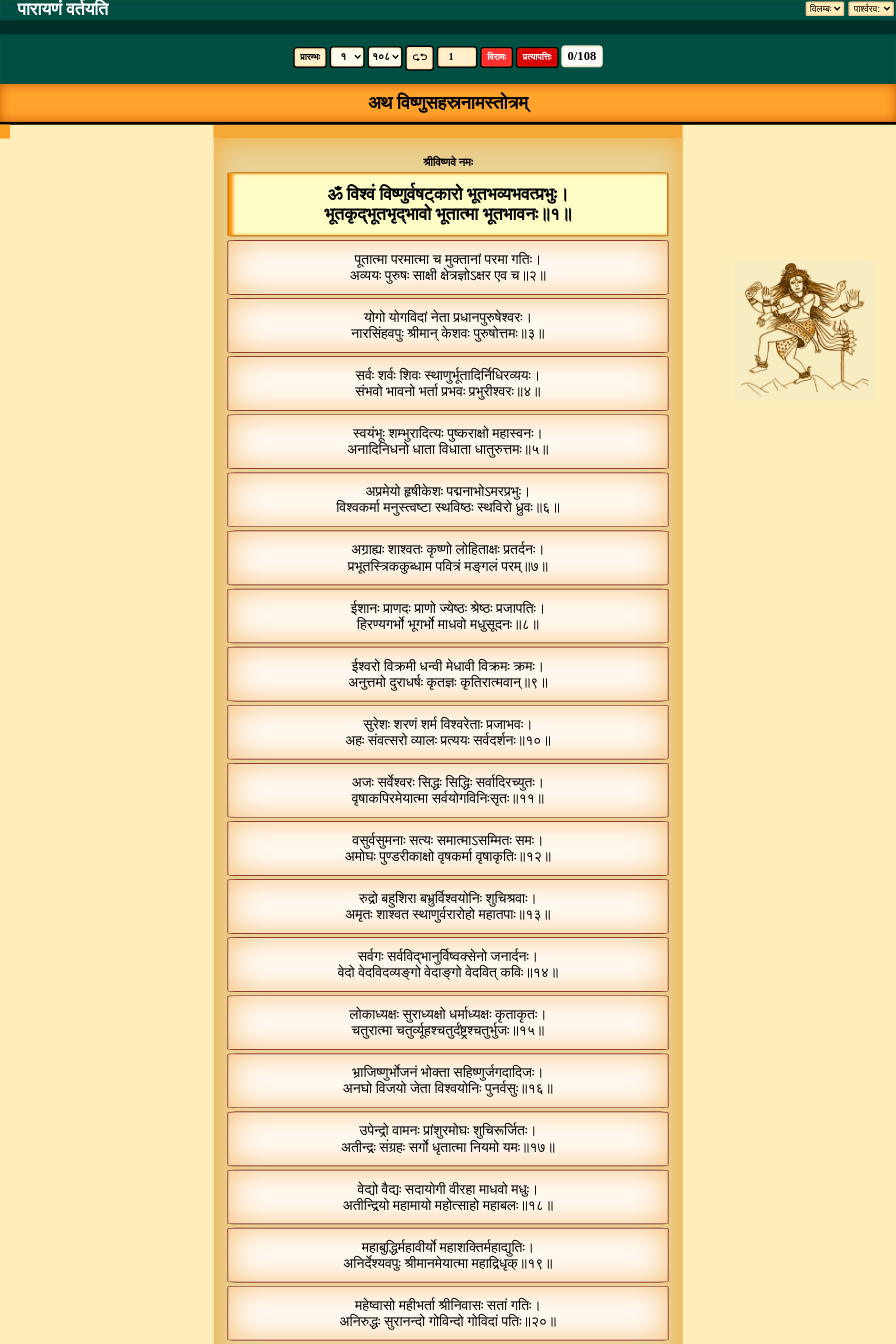
Repository: arshavak/vishnu-sahasranam
Page: index.html
These files come from the project's save history. The page is drawn as it stood at one moment and after the next save; the edit follows.
The browser window is 1280 px wide. The pictures show the part of the page from y = 0 to 1920 px (the page is 9279 px tall before and 9267 px after), at 70% of full size.
After loading, the first visible `input.psuGrup` was clicked once.

Above is the page before, as saved 2024-12-30 13:08:54.
Not found: scripts/sanskrittime.js

After the next save:
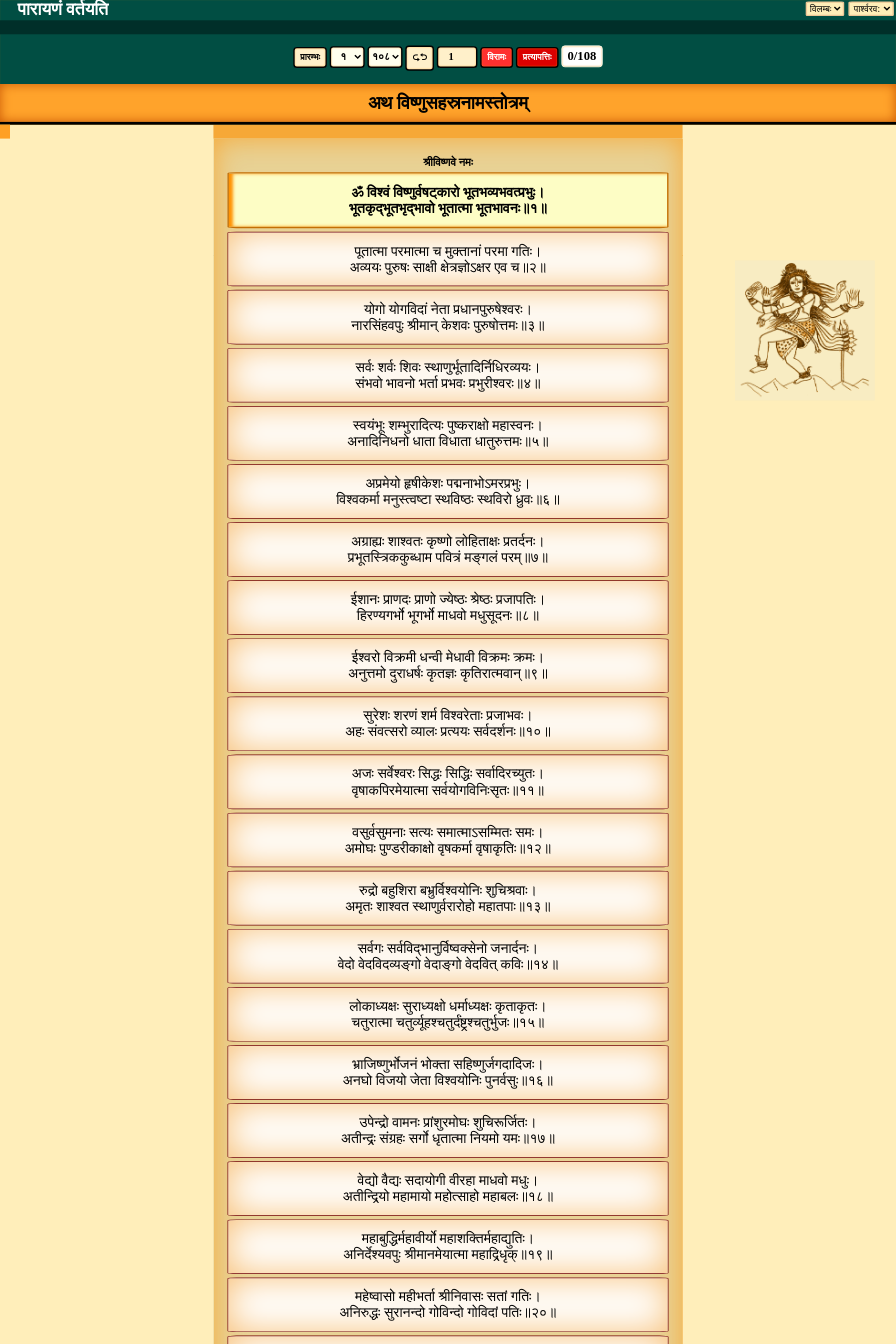
Saved 71 s later.
--- a/style/style.css
+++ b/style/style.css
@@ -329,7 +329,7 @@ label{
   background-color: rgb(253, 253, 197);
   box-shadow: inset 6px 0px 5px  #ff9100 ;
   animation: blink .8s infinite;
-  font-size: 25px;
+  /* font-size: 25px; */
 }
 
 @keyframes blink {
